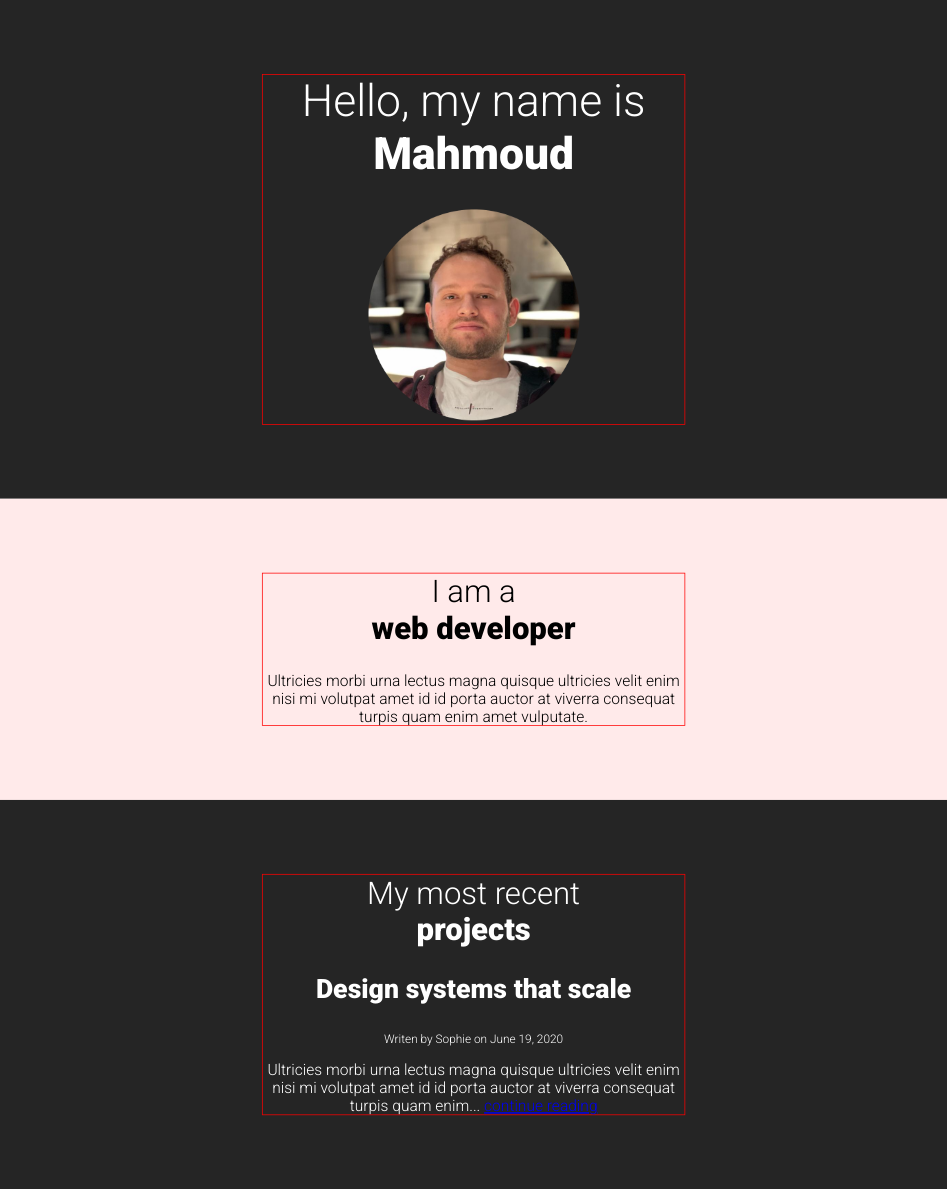
Repository: Doumham-Armah/portfolio
Page: index.html
An editor plug-in stored every save of this project. The page is shown before and after the next save, followed by the edit.
The browser window is 1280 px wide. The pictures show the whole page, at 74% of full size.

Above is the page before, as saved 2021-08-17 13:33:55.

After the next save:
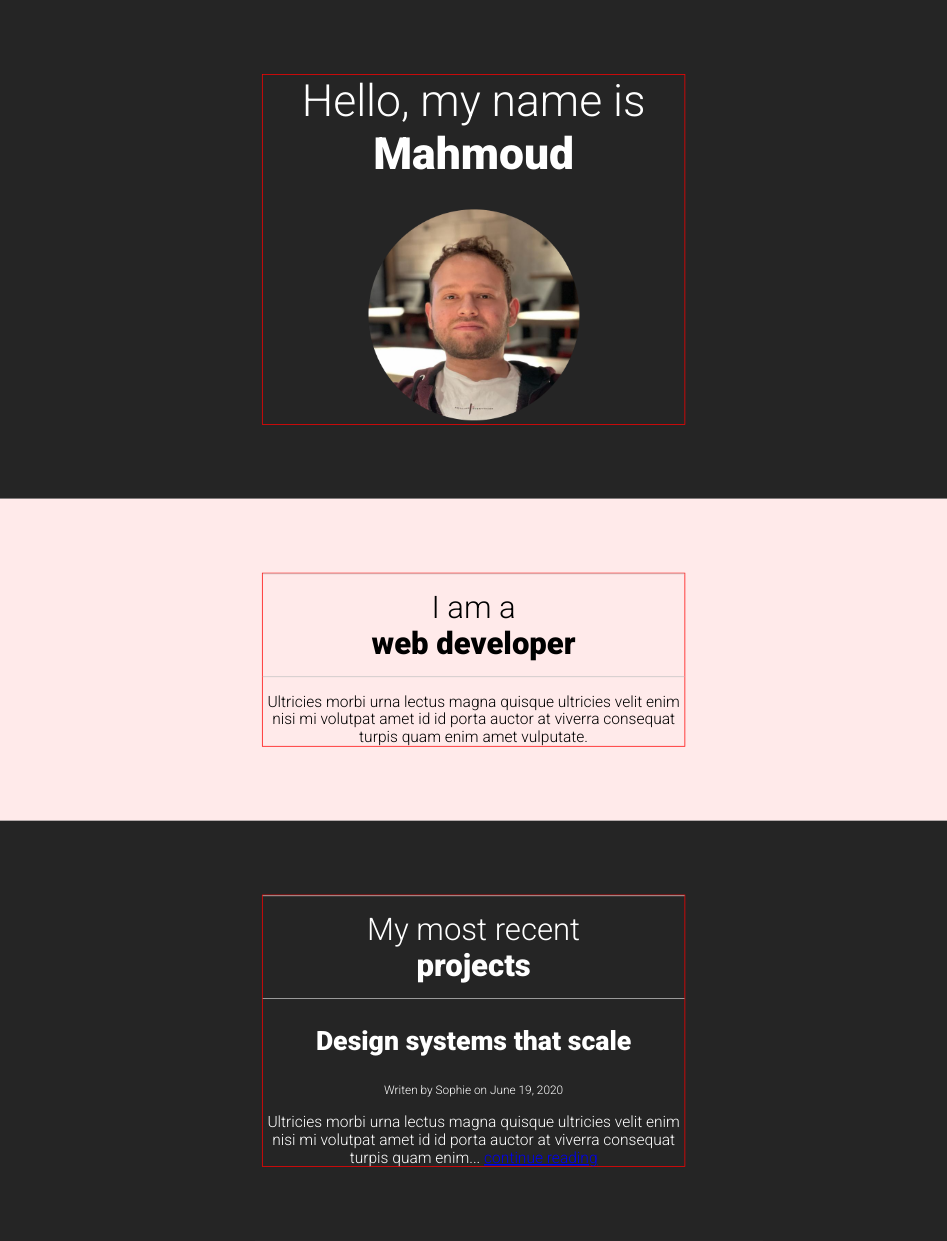
Saved 63 min 7 s later.
--- a/style.css
+++ b/style.css
@@ -16,6 +16,11 @@ h1 {
 h2 {
   font-size: 2.625rem;
   margin-top: 0;
+  border-top: solid 1px #c4c4c4;
+  border-bottom: solid 1px #c4c4c4;
+
+  padding: 20px 0;
+  margin-bottom: 20px;
 }
 
 h3 {
